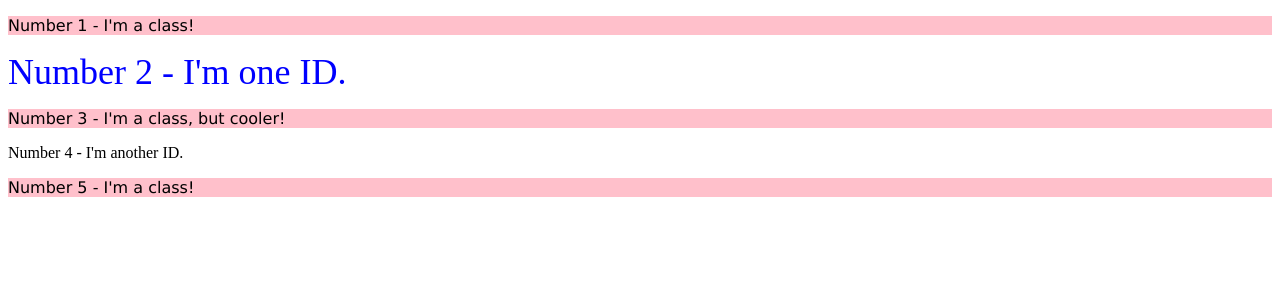
Repository: evemcd/odin_project
Page: odin-css-foundation/02-class-id-selectors/index.html
These files come from the project's save history. The page is drawn as it stood at one moment and after the next save; the edit follows.
The browser window is 1280 px wide. The pictures show the whole page.

Above is the page before, as saved 2022-02-01 12:06:15.

After the next save:
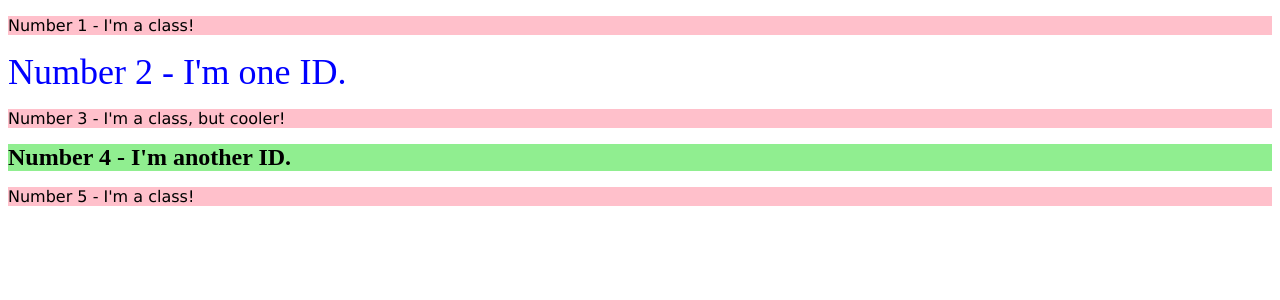
Saved 43 s later.
--- a/odin-css-foundation/02-class-id-selectors/style.css
+++ b/odin-css-foundation/02-class-id-selectors/style.css
@@ -11,3 +11,9 @@
 .pink .largeFont {
     font-size: 24px;
 }
+
+#green {
+    background-color: lightgreen;
+    font-size: 24px;
+    font-weight: bold;
+}
